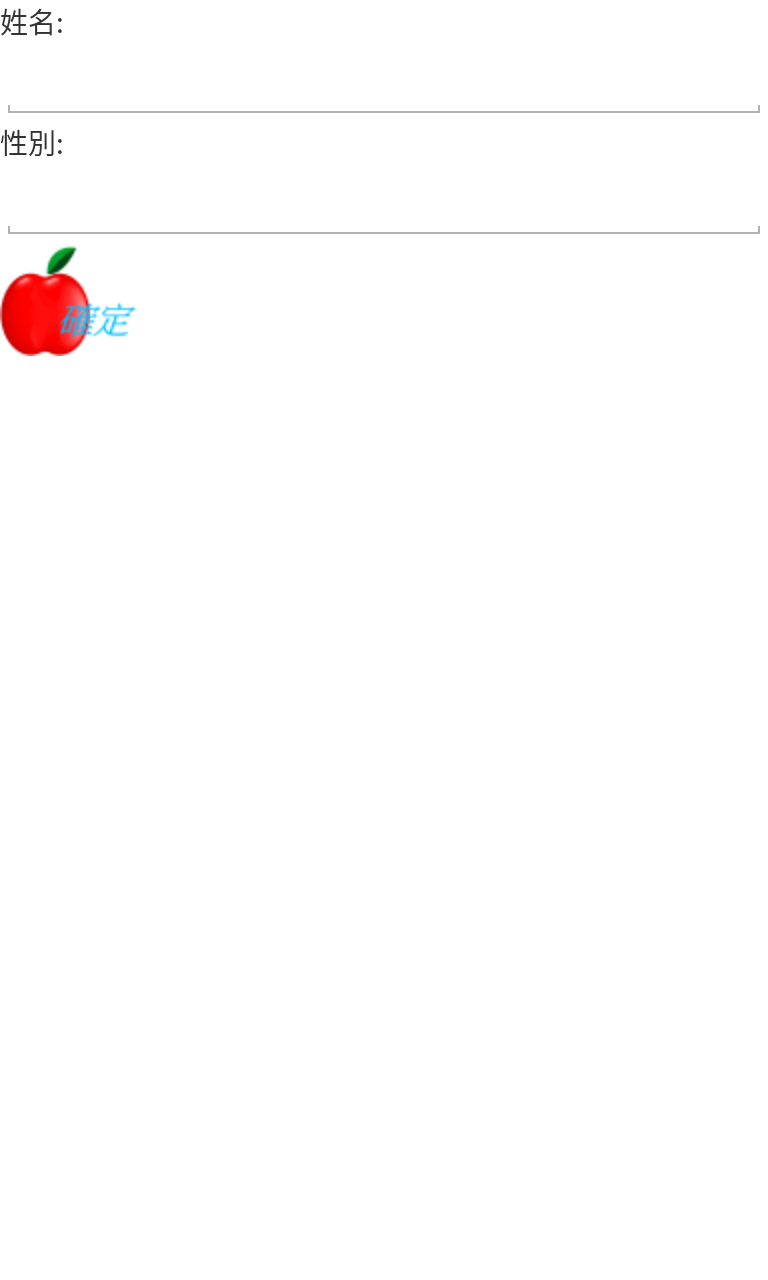
Repository: idarfan/android41
Layout: Ch05edTextMe/res/layout/main.xml
The author's editor kept a copy of each file at every save. The layout is drawn from the files as they stood at one save, then again after the next save.
It is drawn on a 768 x 1280 px phone screen (xhdpi) without system bars, with theme AppTheme; the app's code is not run.

Above is the layout before, as saved 2012-07-20 06:27:25.

After the next save:
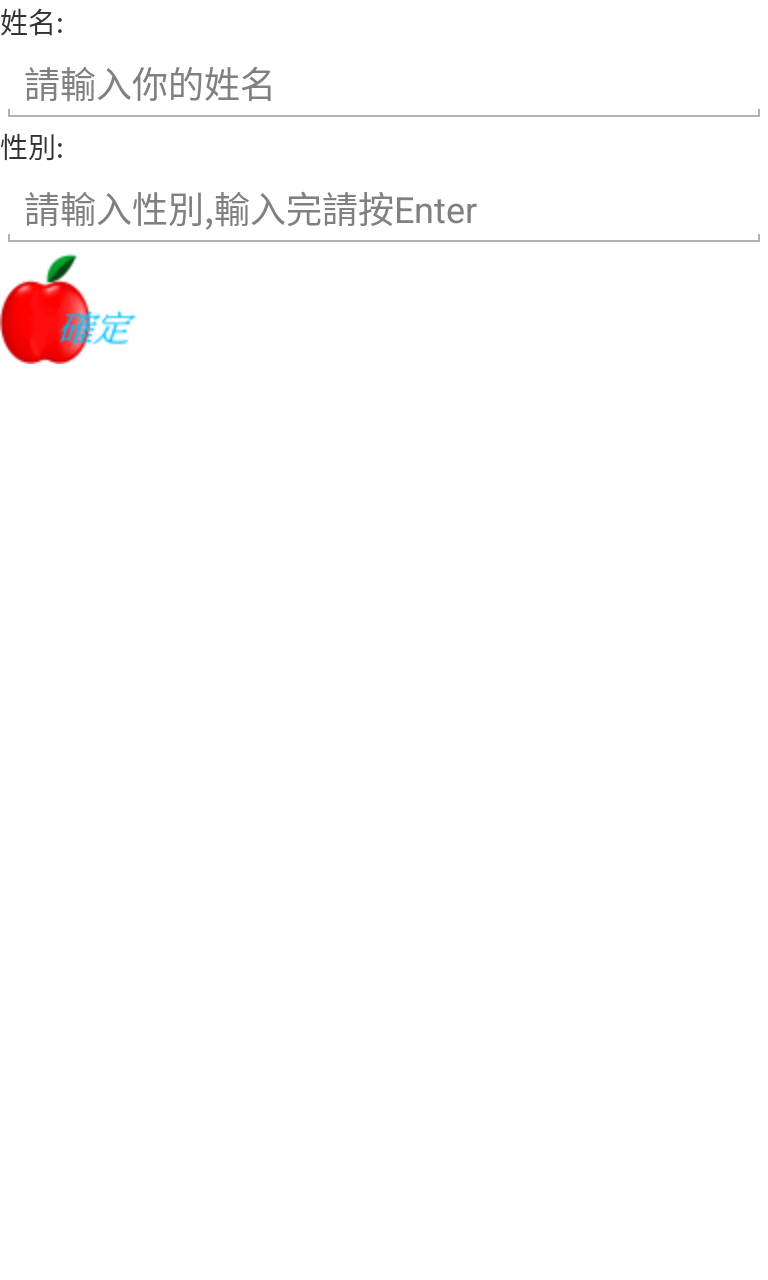
Saved 42 s later.
--- a/Ch05edTextMe/res/layout/main.xml
+++ b/Ch05edTextMe/res/layout/main.xml
@@ -14,7 +14,7 @@
         android:id="@+id/etIdName"
         android:layout_width="match_parent"
         android:layout_height="wrap_content"
-        android:hit="@string/enterYourName"
+        android:hint="@string/enterYourName"
         android:inputType="textNoSuggestions" />
 
     <TextView
@@ -27,7 +27,7 @@
         android:id="@+id/etIdSex"
         android:layout_width="match_parent"
         android:layout_height="wrap_content"
-        android:hit="@string/etHtSex"
+        android:hint="@string/etHtSex"
         android:inputType="textNoSuggestions" />
 
     <Button
